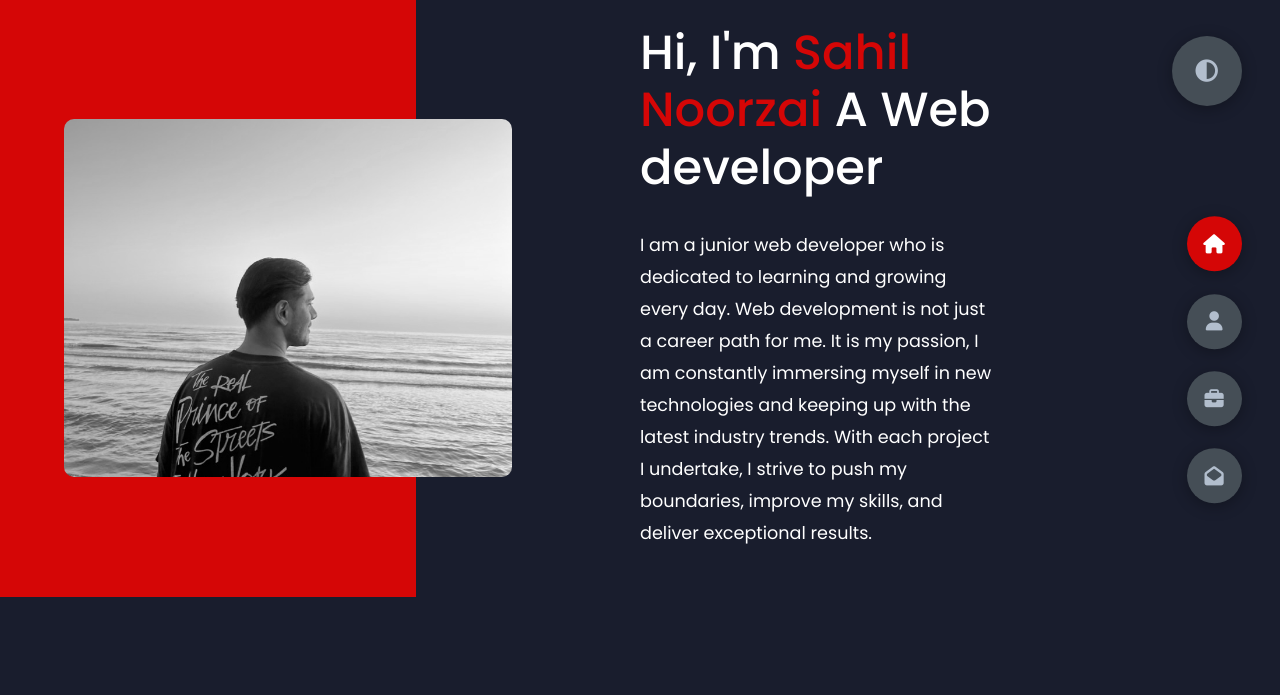
Repository: nftGambler/noorzai-portfolio
Page: index.html
The author's editor kept a copy of each file at every save. The page is drawn from the files as they stood at one save, then again after the next save.
The browser window is 1280 px wide. The pictures show the whole page.
The style sheet was rebuilt from its Sass, Less or Tailwind sources for each picture, by a compiler version that may differ from the author's.

Above is the page before, as saved 2023-11-23 20:49:40.

After the next save:
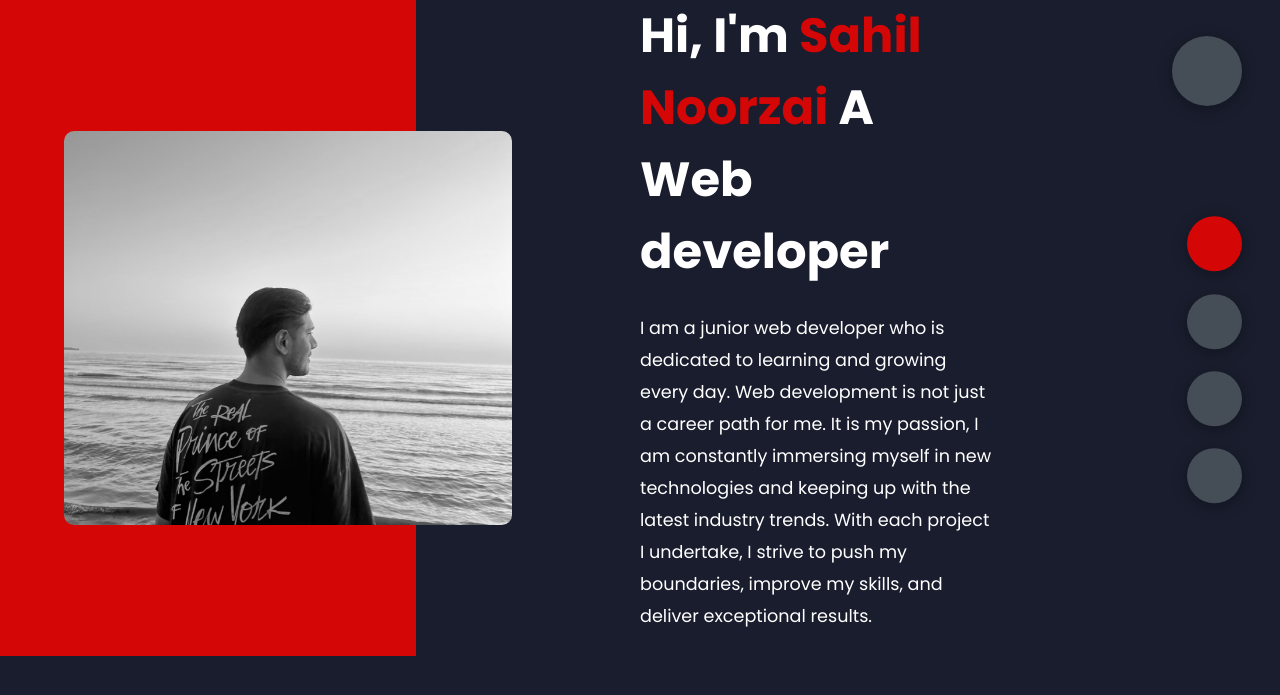
Saved 30 min 22 s later.
--- a/index.html
+++ b/index.html
@@ -3,8 +3,8 @@
 <head>
 
   <meta name="viewport" content="width=device-width, initial-scale=1">
-  <link rel="stylesheet" href="	https://cdn.jsdelivr.net/npm/bootstrap@5.3.2/dist/css/bootstrap.min.css">
-  <link rel="stylesheet" href="https://cdnjs.cloudflare.com/ajax/libs/font-awesome/6.4.0/css/all.min.css" integrity="sha512-iecdLmaskl7CVkqkXNQ/ZH/XLlvWZOJyj7Yy7tcenmpD1ypASozpmT/E0iPtmFIB46ZmdtAc9eNBvH0H/ZpiBw==" crossorigin="anonymous" referrerpolicy="no-referrer">
+
+
   <link rel="stylesheet" href="/style/styles.css">
   <link rel="preconnect" href="https://fonts.googleapis.com">
   <link rel="preconnect" href="https://fonts.gstatic.com" crossorigin>
@@ -351,7 +351,7 @@
 
 
 
-<script src="https://cdn.jsdelivr.net/npm/bootstrap@5.3.2/dist/js/bootstrap.bundle.min.js"></script>
+
 <script src="/app.js"></script>
 </body>
 </html>
